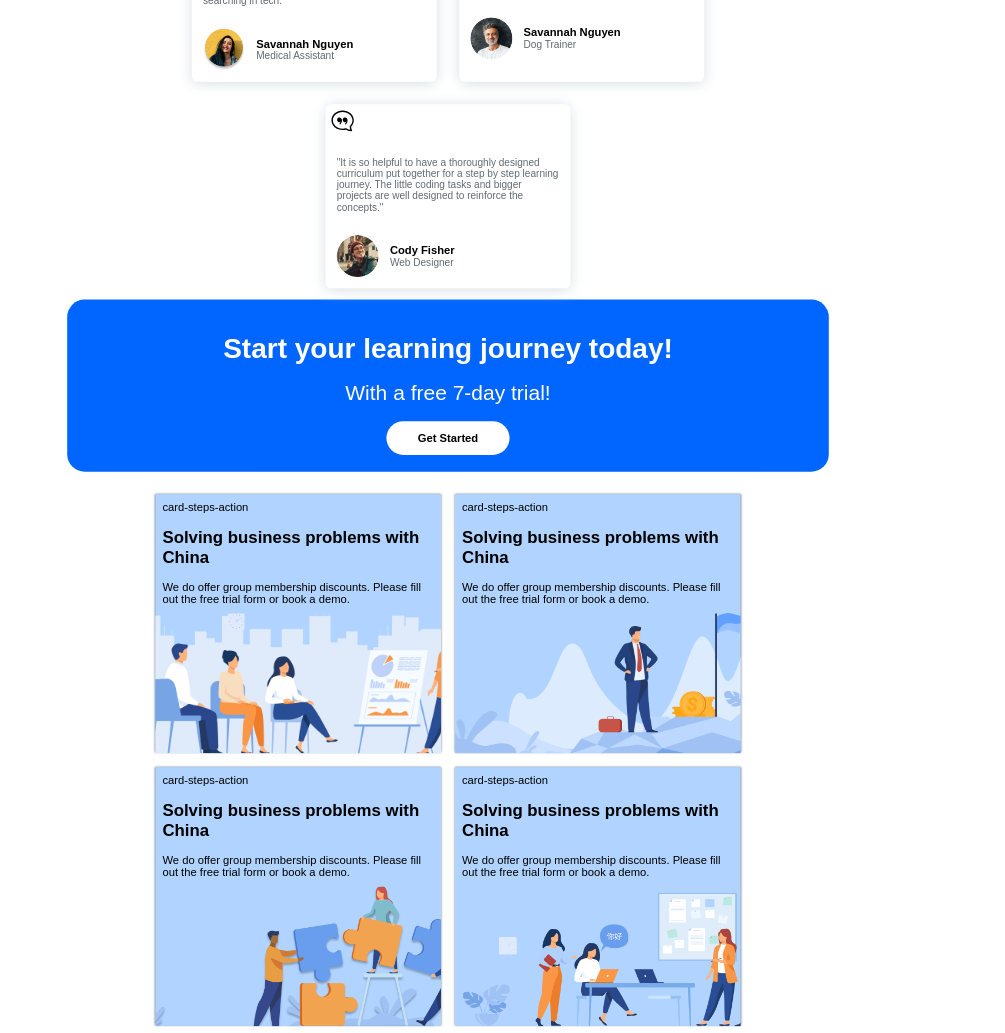
Repository: BinhIT/ChineseLearn
Page: index.html
The author's editor kept a copy of each file at every save. The page is drawn from the files as they stood at one save, then again after the next save.
The browser window is 1280 px wide. The page is 1436 px wide, so the pictures cover 1436 px, including what lies to the right of the window. The pictures show the part of the page from y = 2167 to 3887 px (the page is 3643 px tall before and 3887 px after), at 70% of full size.

Above is the page before, as saved 2023-03-02 07:42:47.
Console error: ReferenceError: $ is not defined

After the next save:
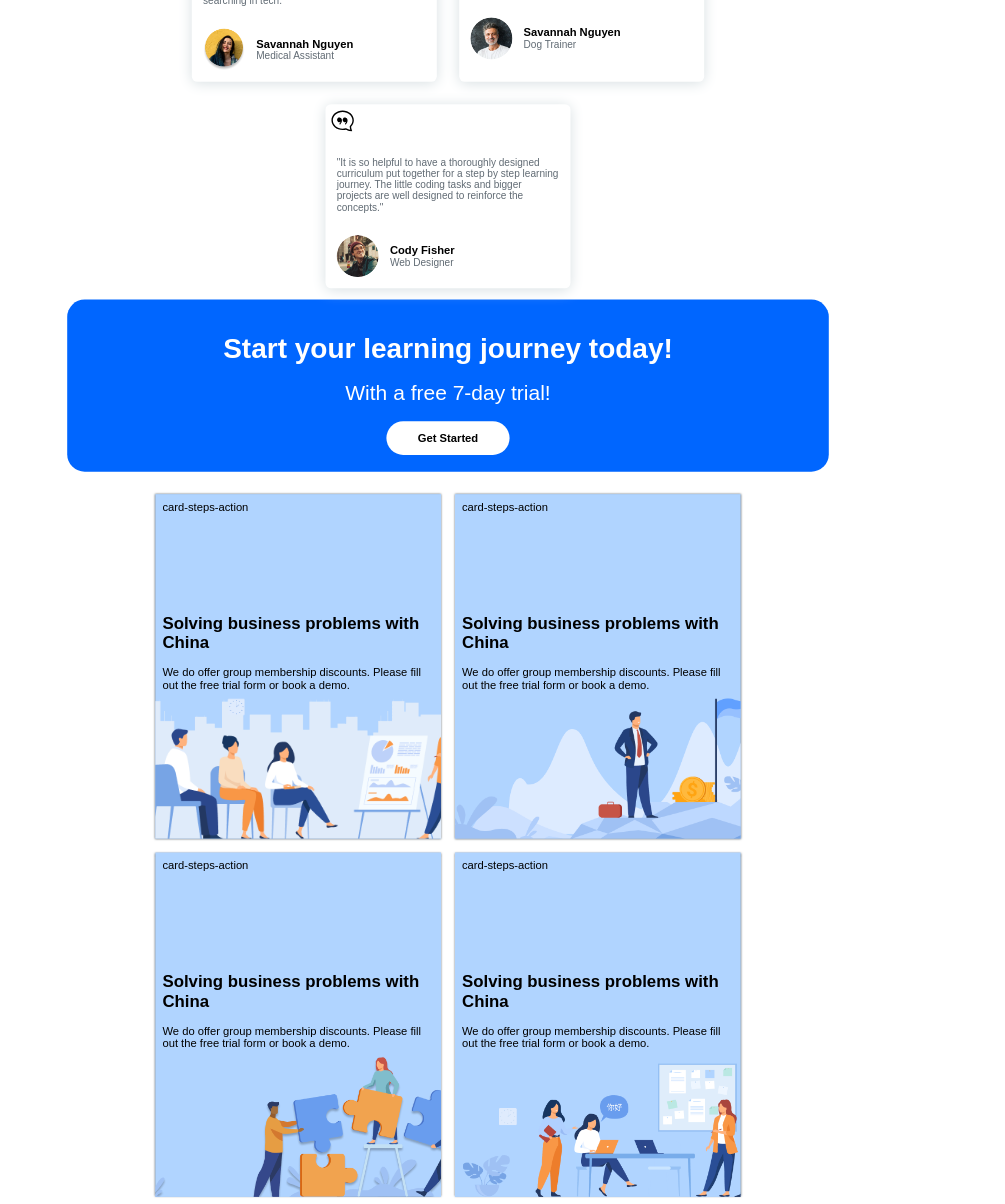
Saved 12 s later.
--- a/css/4step.css
+++ b/css/4step.css
@@ -30,6 +30,7 @@
     flex: 0 0 auto;
     align-self: flex-end;
     width: 100%;
+    height: 10em;
 }
 
 .card-steps-action * {
